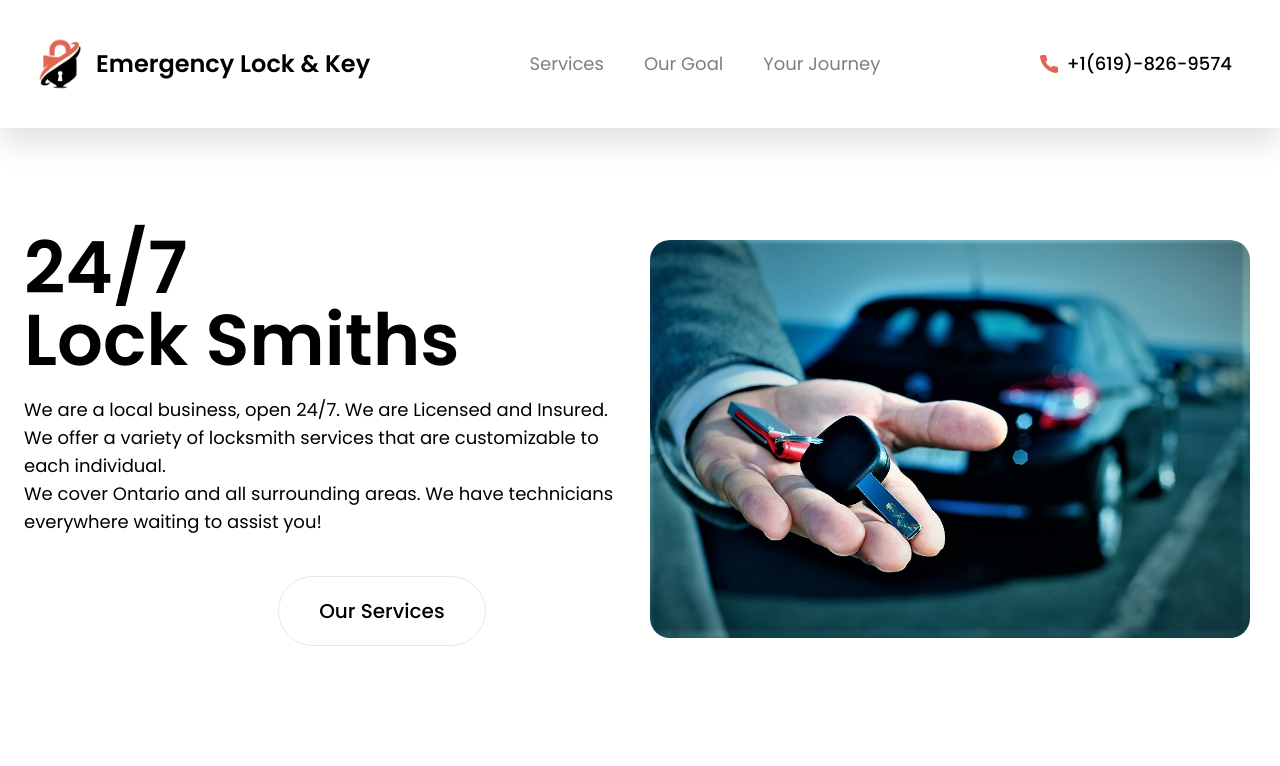
Repository: aya7abbal/locksprollc
Page: /
The author's editor kept a copy of each file at every save. The page is drawn from the files as they stood at one save, then again after the next save.
The browser window is 1280 px wide. The pictures show the whole page.
Some web fonts or font styles are not loaded; a fallback is used. The project was rebuilt for these pictures with package versions that can differ from the ones it lists, and the page was loaded fresh each time. Also part of the build but not shown: vite.config.js.

Above is the page before, as saved 2024-04-03 00:40:57.

### index.html
<!doctype html>
<html lang="en">
  <head>
    <meta charset="UTF-8" />
    <link rel="icon" type="image/svg+xml" href="/src/assets/Images/Logo/favicon.ico" />
    <meta name="viewport" content="width=device-width, initial-scale=1.0" />
    <title>Emergency Lock & Key</title>
    <link rel="stylesheet" href="https://rsms.me/inter/inter.css">

  </head>
  <body>
    <div id="root" class="px-0"></div>
    <script type="module" src="/src/main.jsx"></script>
  </body>
</html>

### src/App.jsx
import Navbar from './Components/0.Navbar/Navbar'
import Banner from './Components/1.Banner/Index'

export default function App() {

  return (
    <>
<Navbar/>
<Banner/>
    </>
  )
}

### src/index.css
@import url('https://fonts.googleapis.com/css2?family=Poppins:wght@400;500;600;700;800&display=swap');
@tailwind base;
@tailwind components;
@tailwind utilities;
/* npm */

* {
  font-family: 'Poppins', sans-serif;
}


html, body{
  scroll-behavior: smooth !important;
  margin: auto 0!important;
  padding: 0px !important;

}

html:not([data-scroll="0"]) .navbar {
  position: fixed;
  top: 0;
  width: 100%;
  background-color: white;
  background-blend-mode: overlay;
  opacity: 1.9;
  box-shadow: 0 15px 30px rgba(0, 0, 0, 0.12);
  transition: 0.4s linear;
  z-index: 3;
}

.card-b {
  background: linear-gradient(180deg, #F8F6F6 0%, #F8F6F6 0.01%, rgba(248, 246, 246, 0) 100%);
}

.ls-51 {
  letter-spacing: 0.515em;
}

.br-50 {
  border-radius: 50px 400px 50px 50px;
}

@media screen and (max-width: 1200px) {
  .br-50 {
    border-radius: 20px;
  }
}

.footer-icons {
  transition: .5s;
}

.footer-icons:hover {
  transform: translateY(-8px);
}

.footer-icons:hover > .sepiaa {
  filter: invert(100.10);
}

.space-links {
  transition: .3s;
}

.space-links:hover {
  letter-spacing: 1px;
}

.hover-underline {
  display: inline-flex;
  position: relative;
  color: #dc6550;
  justify-content: center;
  align-items: center;
}

.hover-underline:after {
  content: "";
  position: absolute;
  width: 100%;
  transform: scaleX(0);
  height: 1px;
  bottom: 0;
  left: 0;
  background-color: #DF6751;
  transform-origin: bottom right;
  transition: transform .25s ease-out;
}

.hover-underline:hover:after {
  transform: scaleX(1);
  transform-origin: bottom left;
}

.w-340px {
  width: 340px;
}

.shadow-fi {
  box-shadow: 0px 28px 42px rgba(0, 0, 0, 0.15);
}

.inner-img {
  transition: 0.3s;
}

.inner-img:hover {
  transform: scale(1.1);
}

.par-87{
  padding-right: 87px;
}



#root{
    padding: 0px !important;
}
@media (min-width:1024px) {
    #root{
        padding: 0px !important;
    }

}

### src/Components/0.Navbar/Navbar.tsx
import { Disclosure } from "@headlessui/react";
import React from "react";
import { Bars3Icon } from "@heroicons/react/24/outline";
import Drawer from "./Drawer";
import Drawerdata from "./Drawerdata";
import Logo from "../../assets/Images/Logo/Logo.png";
import Phone from "../../assets/Images/Navbar/phone.svg"

interface NavigationItem {
  name: string;
  href: string;
  current: boolean;
}

const navigation: NavigationItem[] = [
  { name: "Services", href: "#services-section", current: false },
  { name: "Our Goal", href: "#Goal-section", current: false },
  { name: "Your Journey", href: "#Process-section", current: false },
];

function classNames(...classes: string[]) {
  return classes.filter(Boolean).join(" ");
}

const Navbar = () => {
  const [isOpen, setIsOpen] = React.useState(false);

  return (
    <Disclosure as="nav" className="navbar">
      <>
        <div className=" max-w-7xl p-3 md:p-6 lg:px-8 mx-auto w-100">
          <div className="relative flex h-12 sm:h-20 items-center">
            <div className="flex flex-1 items-center sm:justify-between">
              {/* LOGO */}

              <div className="flex md:hidden flex-shrink-0 items-center border-right">
                <img src={Logo} alt="logo" width={36} height={36} />
                <a href="/" className="text-xl font-semibold text-black ml-4">
                  Emergency Lock & Key
                </a>
              </div>
              <div className="hidden md:flex flex-shrink-0 items-center border-right">
                <img src={Logo} alt="logo" width={56} height={56} />
                <a href="/" className="text-2xl font-semibold text-black ml-2">
                  Emergency Lock & Key
                </a>
              </div>

              {/* LINKS */}

              <div className="hidden lg:flex items-center border-right ">
                <div className="flex justify-end space-x-4">
                  {navigation.map((item) => (
                    <a
                      key={item.name}
                      href={item.href}
                      className={classNames(
                        item.current
                          ? "bg-black"
                          : "navlinks hover:opacity-100",
                        "px-3 py-4 rounded-md text-lg font-normal opacity-50 hover:text-black space-links"
                      )}
                      aria-current={item.href ? "page" : undefined}
                    >
                      {item.name}
                    </a>
                  ))}
                </div>
              </div>
              <div className="gap-6 hidden lg:flex mr-4">
                <div className="flex items-center gap-2">
                  <img
                    src={Phone}
                    alt="phone-image"
                    width={19}
                    height={19}
                  />
                  <a
                    className="text-lg font-medium "
                    href="tel:001619-826-9574"
                  >
                    +1(619)-826-9574
                  </a>
                </div>
                {/* <button className='flex justify-end text-xl font-medium bg-bgpink text-pink py-4 px-4 lg:px-8 navbutton rounded-full hover:text-black'>Sign in</button> */}
                {/* <Signindialog /> */}
              </div>
            </div>

            {/* DRAWER FOR MOBILE VIEW */}

            {/* DRAWER ICON */}

            <div className="block lg:hidden">
              <Bars3Icon
                className="block h-6 w-6"
                aria-hidden="true"
                onClick={() => setIsOpen(true)}
              />
            </div>

            {/* DRAWER LINKS DATA */}

            <Drawer isOpen={isOpen} setIsOpen={setIsOpen}>
              <Drawerdata />
            </Drawer>
          </div>
        </div>
      </>
    </Disclosure>
  );
};

export default Navbar;

### src/Components/1.Banner/Index.tsx
"use client";
import { Fade } from "react-awesome-reveal";
import BannerPhoto from "../../assets/Images/Banner/Mobile-Lockout.jpeg";
import "./Banner.css";

const Banner = () => {
  return (
    <div className="bg-lightpink w-100 mt-32">
      <div className="mx-auto max-w-7xl pt-20 sm:pb-24 px-6">
        <div className="grid grid-cols-1 lg:grid-cols-12 space-x-1">
          <div className="col-span-6 flex flex-col justify-center">
            <Fade
              direction={"up"}
              delay={400}
              cascade
              damping={1e-1}
              triggerOnce={true}
            >
              <h1 className="text-4xl lg:text-7xl font-semibold mb-5 text-lightgrey md:4px lg:text-start text-center">
                24/7 <br /> Lock Smiths
              </h1>
            </Fade>
            <Fade
              direction={"up"}
              delay={800}
              cascade
              damping={1e-1}
              triggerOnce={true}
            >
              <p className="text-grey lg:text-lg font-normal mb-10 lg:text-start text-center">
                We are a local business, open 24/7. We are Licensed and Insured.
                We offer a variety of locksmith services that are customizable
                to each individual.
                <br /> We cover Ontario and all surrounding areas. We have
                technicians everywhere waiting to assist you!{" "}
              </p>
            </Fade>
            <Fade
              direction={"up"}
              delay={1000}
              cascade
              damping={1e-1}
              triggerOnce={true}
            >
              <div className="md:flex align-middle justify-center lg:justify-start">
                <button className="text-xl w-full md:w-auto font-medium rounded-full text-white py-5 px-6 bg-pink lg:px-14 mr-6">
                  <a href="tel:001619-826-9574">Call Us Now</a>
                </button>
                <button className="flex border w-full md:w-auto mt-5 md:mt-0 border-pink justify-center rounded-full text-xl font-medium items-center py-5 px-10 text-pink hover:text-white hover:bg-pink">
                  <a href="#services-section">Our Services</a>
                </button>
              </div>
            </Fade>
          </div>

          <div className="col-span-6 flex justify-center relative banner-photo-container">
            {/* <div className="flex bg-white p-2 gap-5 items-center bottom-10 left-10 rounded-xl absolute">
              <img
                src={"/imgs/Banner/pizza.svg"}
                alt="pizza-img"
                width={68}
                height={68}
              />
              <p className="text-lg font-normal">
                More than 500+ <br /> recipes.
              </p>
            </div> */}
            <img
              src={BannerPhoto}
              alt="nothing"
              id="banner-img"
              // width={200}
              // height={200}
            />
          </div>
        </div>
      </div>
    </div>
  );
};

export default Banner;

### src/Components/0.Navbar/Drawer.tsx
import React, { ReactNode } from "react";
import { XMarkIcon } from "@heroicons/react/24/outline";
import Logo from "../../assets/Images/Logo/Logo.png";

interface DrawerProps {
  children: ReactNode;
  isOpen: boolean;
  setIsOpen: (isOpen: boolean) => void;
}

const Drawer = ({ children, isOpen, setIsOpen }: DrawerProps) => {
  return (
    <main
      className={
        " fixed overflow-hidden z-10 bg-gray-900 bg-opacity-25 inset-0 transform ease-in-out " +
        (isOpen
          ? " transition-opacity opacity-100 duration-500 translate-x-0  "
          : " transition-all delay-500 opacity-0 -translate-x-full  ")
      }
    >
      <section
        className={
          "w-340px max-w-lg left-0 absolute bg-white h-full shadow-xl delay-400 duration-500 ease-in-out transition-all transform " +
          (isOpen ? "translate-x-0" : "-translate-x-full")
        }
      >
        <article className="relative w-340px max-w-lg pb-10 flex flex-col space-y-6 h-full">
          <header className="px-4 py-4 flex items-center justify-between">
            <div className="flex flex-shrink-0 items-center border-right">
              <img src={Logo} alt="logo" width={56} height={56} />
              <a href="/" className="text-l font-semibold text-black ml-4">
                Emergency Lock & Key
              </a>
            </div>

            <XMarkIcon
              className="block h-6 w-6"
              onClick={() => {
                setIsOpen(false);
              }}
            />
          </header>
          <div
            onClick={() => {
              setIsOpen(false);
            }}
          >
            {children}
          </div>
        </article>
      </section>
      <section
        className="w-screen h-full cursor-pointer "
        onClick={() => {
          setIsOpen(false);
        }}
      ></section>
    </main>
  );
};

export default Drawer;

### src/Components/0.Navbar/Drawerdata.tsx
import React from "react";
import Contactusform from "./Contactus";

interface NavigationItem {
    name: string;
    href: string;
    current: boolean;
}

const navigation: NavigationItem[] = [
    { name: "Services", href: "#services-section", current: false },
  { name: "Our Goal", href: "#Goal-section", current: false },
  { name: "Your Journey", href: "#Process-section", current: false },
]


function classNames(...classes: string[]) {
    return classes.filter(Boolean).join(' ')
}

const Data = () => {
    return (
        <div className="rounded-md max-w-sm w-full mx-auto">
            <div className="flex-1 space-y-4 py-1">
                <div className="sm:block">
                    <div className="space-y-1 px-5 pt-2 pb-3">
                        {navigation.map((item) => (
                            <a
                                key={item.name}
                                href={item.href}
                                className={classNames(
                                    item.current ? 'bg-gray-900 text-purple' : 'text-black hover:bg-gray-700 hover:text-purple',
                                    'block  py-2 rounded-md text-base font-medium'
                                )}
                                aria-current={item.current ? 'page' : undefined}
                            >
                                {item.name}
                            </a>
                        ))}
                        <div className="mt-4"></div>
                        {/* <button className='flex justify-center text-base w-full font-medium rounded-full bg-bgpink text-pink py-3 px-4 lg:px-8 navbutton hover:text-white'>Sign in</button> */}
                        <button className='flex justify-center text-base w-full font-medium rounded-full bg-transparent border border-bgpink text-pink py-3 px-4 lg:px-8 navbutton hover:text-white hover:bg-pink'>Call Now!</button>

                        {/* <Contactusform /> */}
                    </div>
                </div>
            </div>
        </div>
    );
}

export default Data;

### src/Components/1.Banner/Banner.css
.banner-photo-container #banner-img {
  margin: 2rem;
  border-radius: 20px;
  width: 90%;
}

@media (min-width: 1023px) {
  .banner-photo-container #banner-img {
    width: 98%;
    height: auto;
  }
}
/*# sourceMappingURL=Banner.css.map */

### tailwind.config.js
/** @type {import('tailwindcss').Config} */
export default {

content: [
  "./index.html",
  "./src/**/*.{js,ts,jsx,tsx}",
],
theme: {
  extend: {},
},
plugins: [],
}

Loaded but not shown: src/main.jsx (common file)

After the next save:
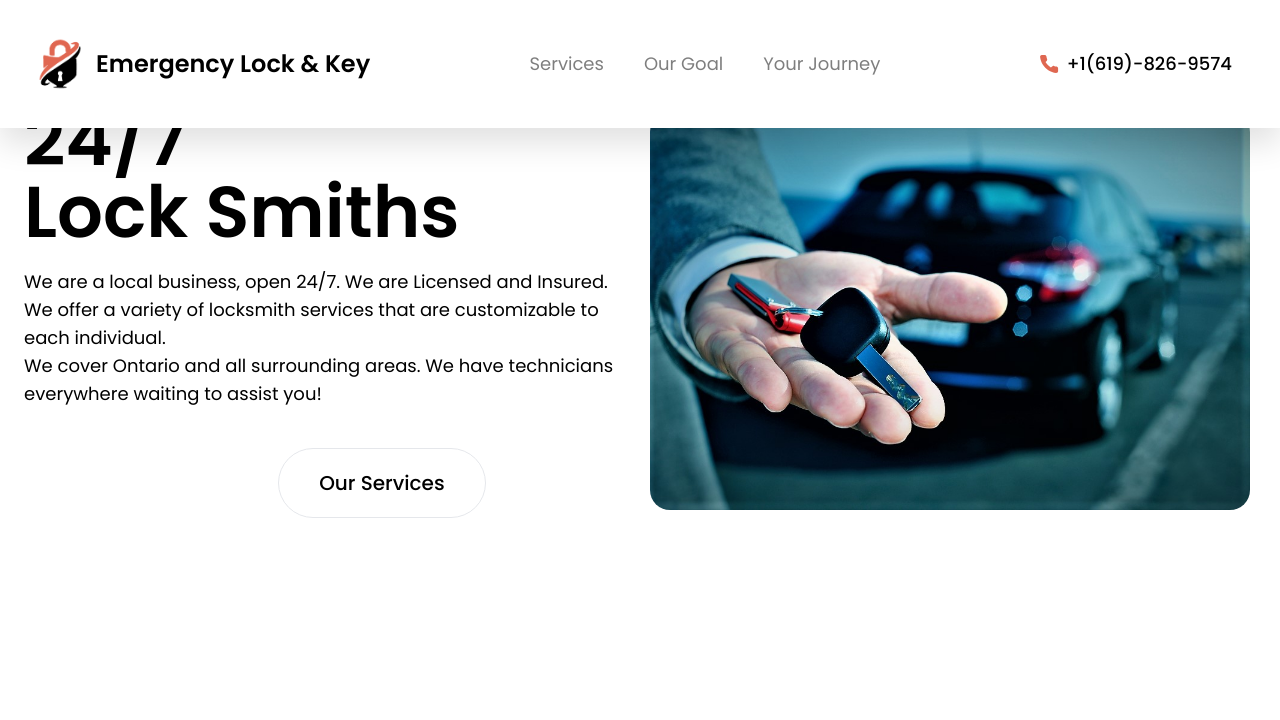
Saved 49 s later.
--- a/src/Components/1.Banner/Index.tsx
+++ b/src/Components/1.Banner/Index.tsx
@@ -5,7 +5,7 @@
 
 const Banner = () => {
   return (
-    <div className="bg-lightpink w-100 mt-32">
+    <div className="bg-lightpink w-100">
       <div className="mx-auto max-w-7xl pt-20 sm:pb-24 px-6">
         <div className="grid grid-cols-1 lg:grid-cols-12 space-x-1">
           <div className="col-span-6 flex flex-col justify-center">

After the save that followed:
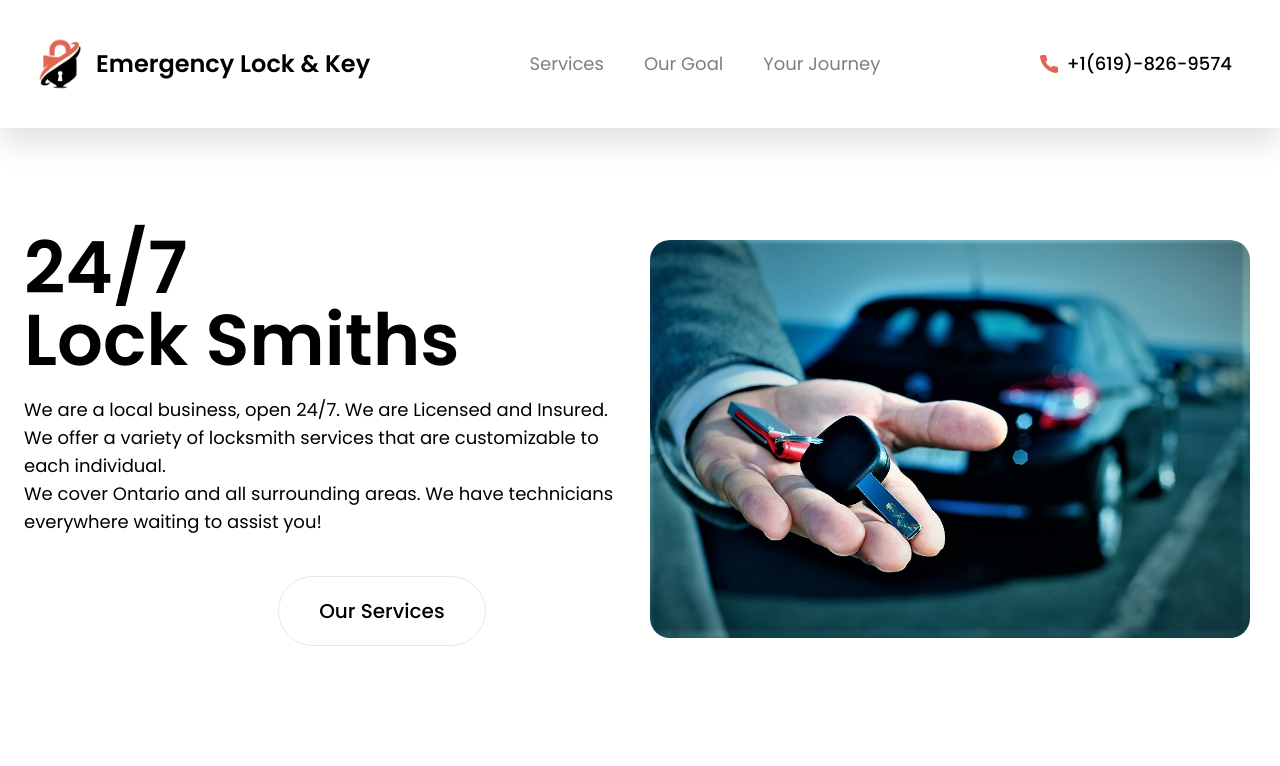
Saved 7 s later.
--- a/src/Components/1.Banner/Index.tsx
+++ b/src/Components/1.Banner/Index.tsx
@@ -5,7 +5,7 @@
 
 const Banner = () => {
   return (
-    <div className="bg-lightpink w-100">
+    <div className="bg-lightpink w-100 mt-32">
       <div className="mx-auto max-w-7xl pt-20 sm:pb-24 px-6">
         <div className="grid grid-cols-1 lg:grid-cols-12 space-x-1">
           <div className="col-span-6 flex flex-col justify-center">
